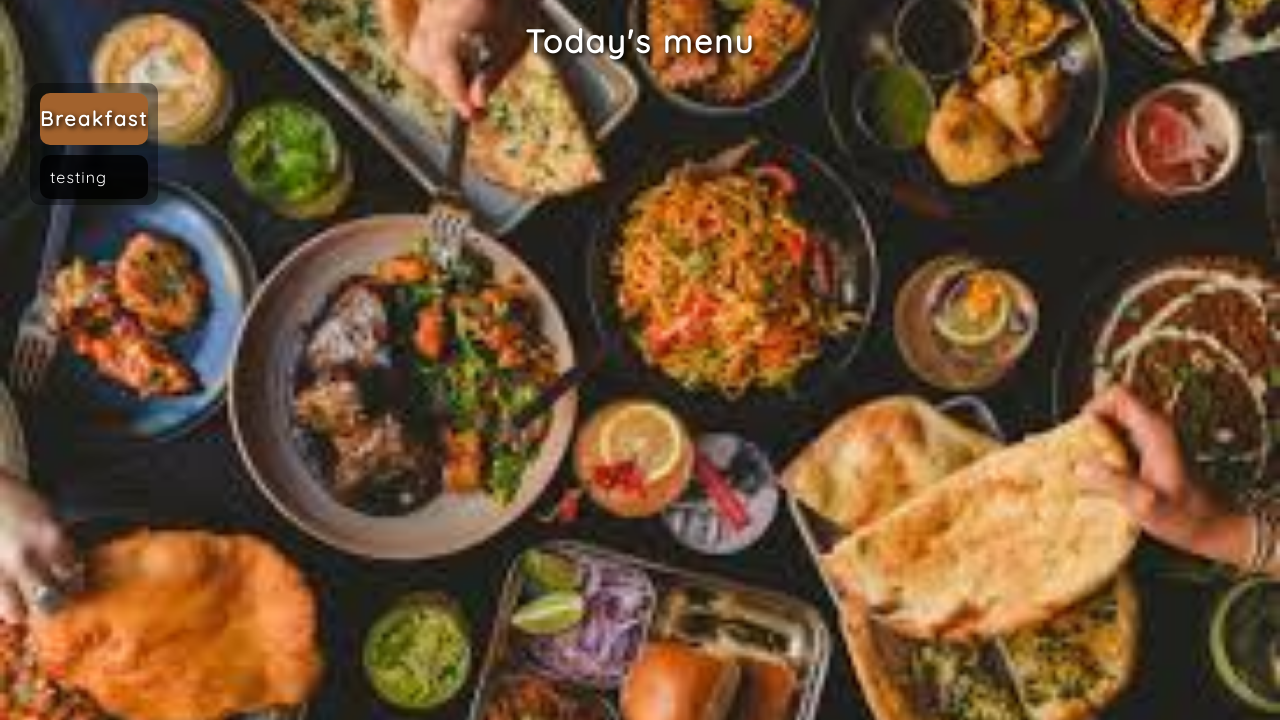
Repository: Anasooya2601/drag-and-drop
Page: index.html
The author's editor kept a copy of each file at every save. The page is drawn from the files as they stood at one save, then again after the next save.
The browser window is 1280 px wide. The pictures show the whole page.

Above is the page before, as saved 2021-02-05 01:21:16.

After the next save:
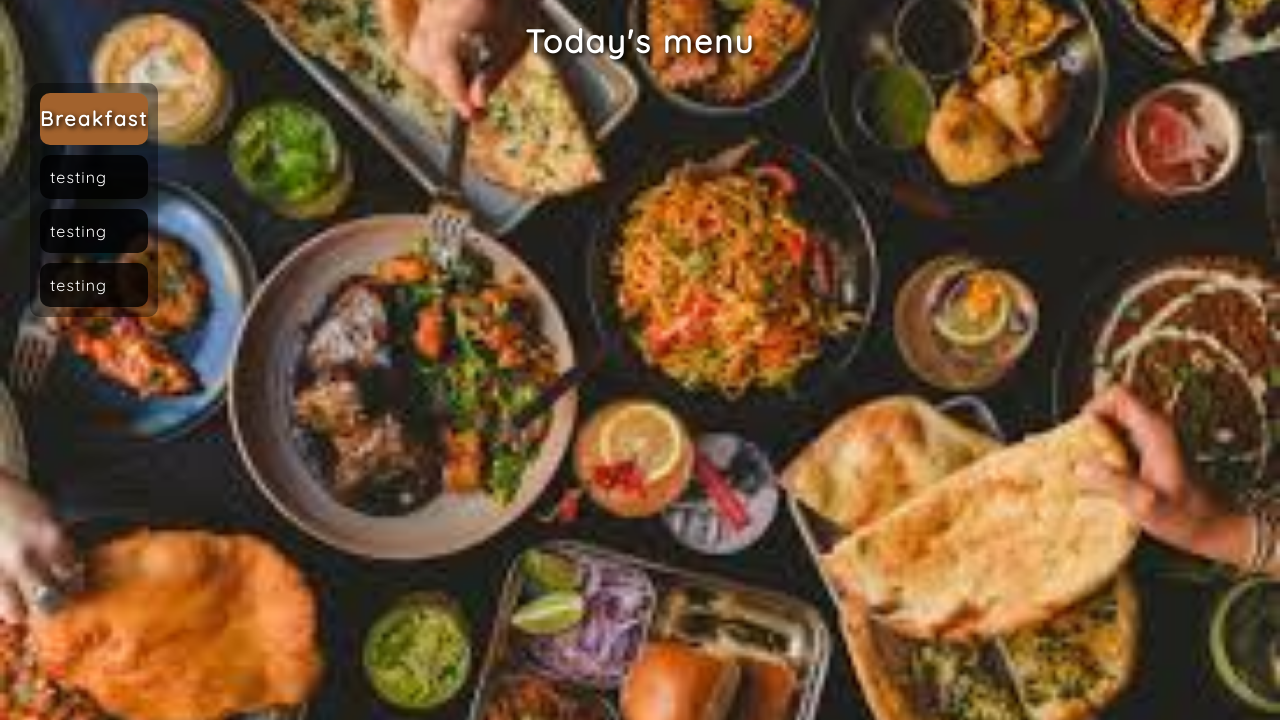
Saved 21 s later.
--- a/index.html
+++ b/index.html
@@ -20,6 +20,8 @@
     <div id="backlog-content">
         <ul class="drag-item-list"id= "backlog-list">
             <li class="drag-item">testing</li>
+            <li class="drag-item">testing</li>
+            <li class="drag-item">testing</li>
         </ul>
     </div>
 </li>
